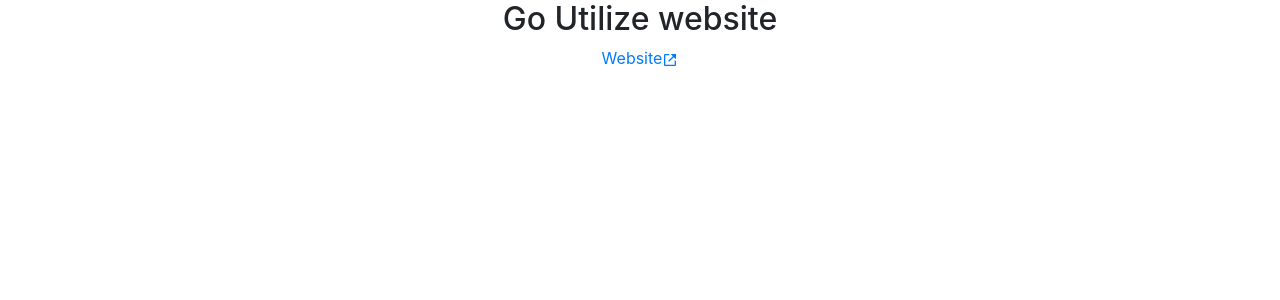
Repository: mdtahsinamin/internship-task
Page: /contact
An editor plug-in stored every save of this project. The page is shown before and after the next save, followed by the edit.
The browser window is 1280 px wide. The pictures show the whole page.
The project was rebuilt for these pictures with package versions that can differ from the ones it lists, and the page was loaded fresh each time. Also part of the build but not shown: src/App.css, src/Components/Style/SignIn.css, src/Components/Authentication/firebase.config.js, src/Components/Authentication/AuthManager.js, src/Components/Authentication/SignIn.js, src/Components/NotFound/NotFound.js, src/Components/Style/Navigation.css, src/Components/Pages/Share/Navigation/Navigation.js and 3 more.

Above is the page before, as saved 2020-12-24 19:47:08.

### src/App.js

import { createContext, useState } from "react";
import {
  BrowserRouter as Router,
  Switch,
  Route,
  Link
} from "react-router-dom";
import './App.css';
import SignIn from "./Components/Authentication/SignIn";
import NotFound from "./Components/NotFound/NotFound";
import Home from "./Components/Pages/Home/Home";
import Contact from "./Components/Pages/Share/Contact/Contact";
import Editing from "./Components/Pages/Share/Editing/Editing";
import Navigation from "./Components/Pages/Share/Navigation/Navigation";
import PrivateRoute from "./Components/PrivateRoute/PrivateRoute";

export const UserContext = createContext();

function App() {
   const [loginUser,setLoginUser] = useState({

   });

  return (
   <UserContext.Provider value={[loginUser,setLoginUser]}>
    <Router>
       <Switch>
         <PrivateRoute path='/home'>
           <Home></Home>
         </PrivateRoute>

        <PrivateRoute path='/order-editing'>
               <Navigation></Navigation>
               <Editing></Editing>
        </PrivateRoute>

        <Route path='/sign-in'>
              <Navigation></Navigation>
              <SignIn/>
         </Route>

         <Route path='/contact'>
             <Contact></Contact>
         </Route>

         <PrivateRoute exact path='/'>
             <Home></Home>
         </PrivateRoute>

       </Switch>
    </Router>
   </UserContext.Provider>
  );
}

export default App;

### src/Components/Pages/Share/Contact/Contact.js
import React from 'react';
import { BiLinkExternal } from "react-icons/bi";
const Contact = () => {
    const aStyle={
        textDecoration:'none',

    };
    return (
        <div className='text-center'>
             <h2>Go Utilize website</h2>
              <a href="https://www.utilize.app/" target="_blank">Website<BiLinkExternal/></a>
        </div>
    );
};

export default Contact;

Loaded but not shown: public/index.html (common file); src/index.js (common file); src/index.css (common file); src/reportWebVitals.js (common file)

After the next save:
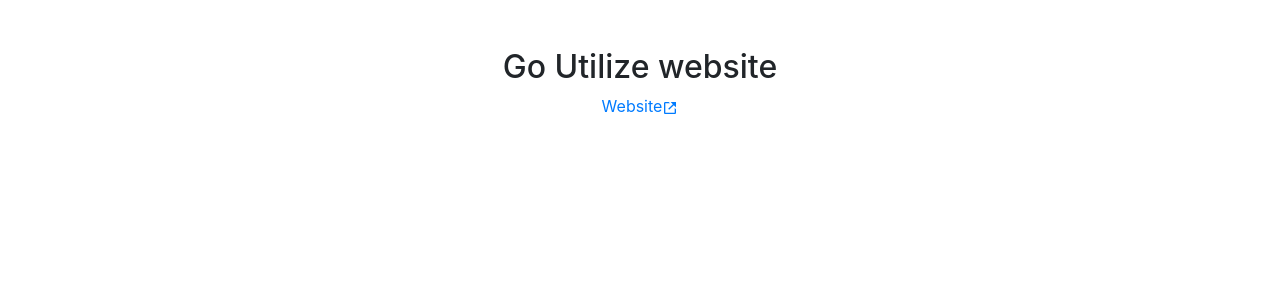
Saved 7 s later.
--- a/src/Components/Pages/Share/Contact/Contact.js
+++ b/src/Components/Pages/Share/Contact/Contact.js
@@ -6,7 +6,7 @@ const Contact = () => {
 
     };
     return (
-        <div className='text-center'>
+        <div className='text-center mt-5'>
              <h2>Go Utilize website</h2>
               <a href="https://www.utilize.app/" target="_blank">Website<BiLinkExternal/></a>
         </div>
